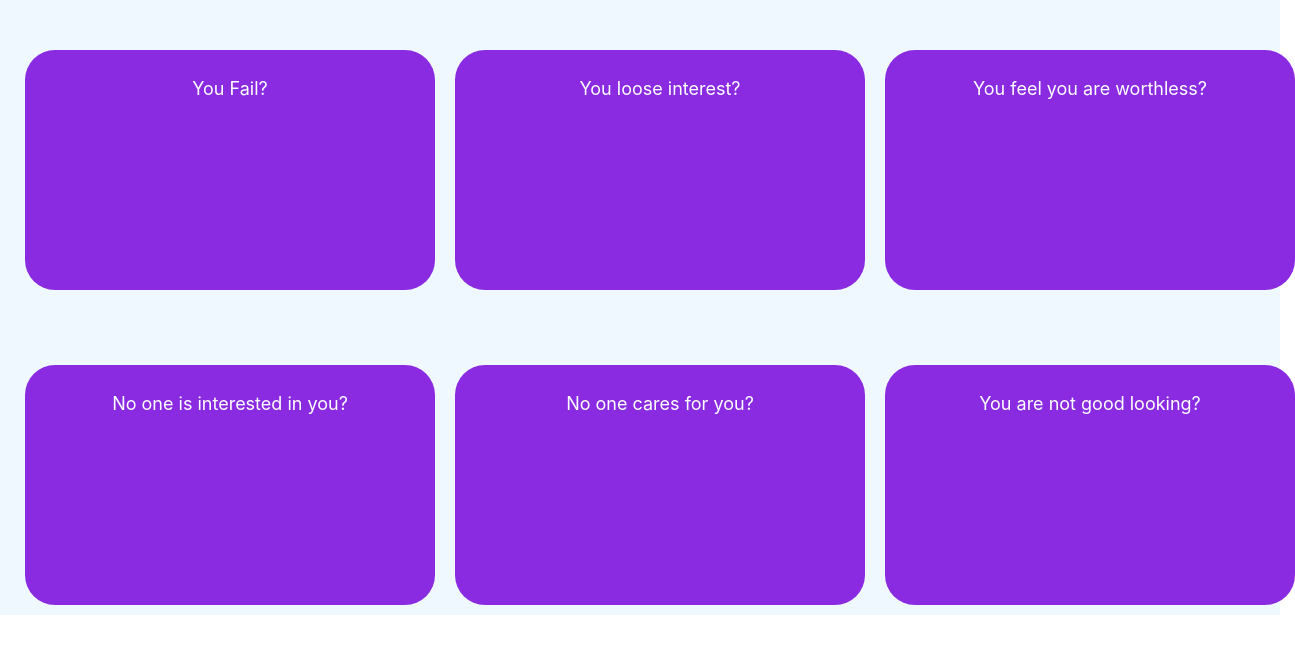
Repository: thai-shriya/anxiety-tracker
Page: /
An editor plug-in stored every save of this project. The page is shown before and after the next save, followed by the edit.
The browser window is 1280 px wide. The page is 1295 px wide, so the pictures cover 1295 px, including what lies to the right of the window. The pictures show the whole page.
The project was rebuilt for these pictures with package versions that can differ from the ones it lists, and the page was loaded fresh each time.

Above is the page before, as saved 2024-04-23 02:22:04.

After the next save:
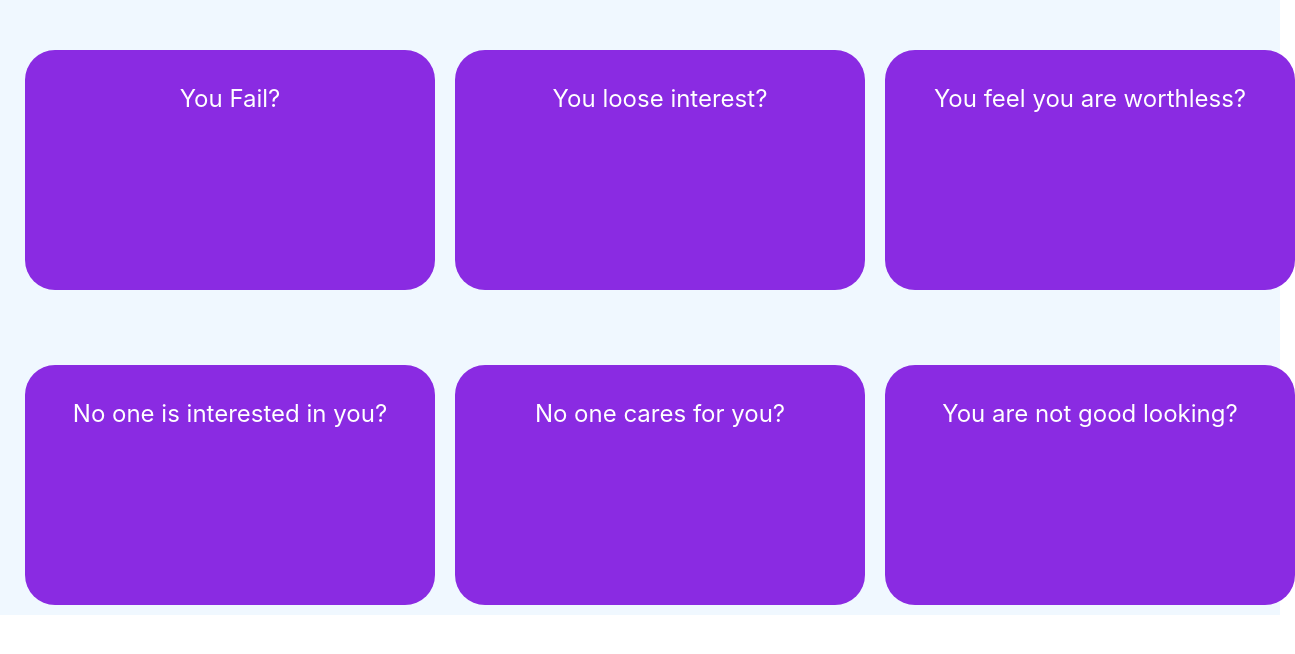
Saved 49 s later.
--- a/src/App.css
+++ b/src/App.css
@@ -13,7 +13,7 @@
   height: 200px;
   color:white;
   perspective: 800px;
-  font-size: large;
+  font-size:x-large;
 }
 
 .front, .back {
